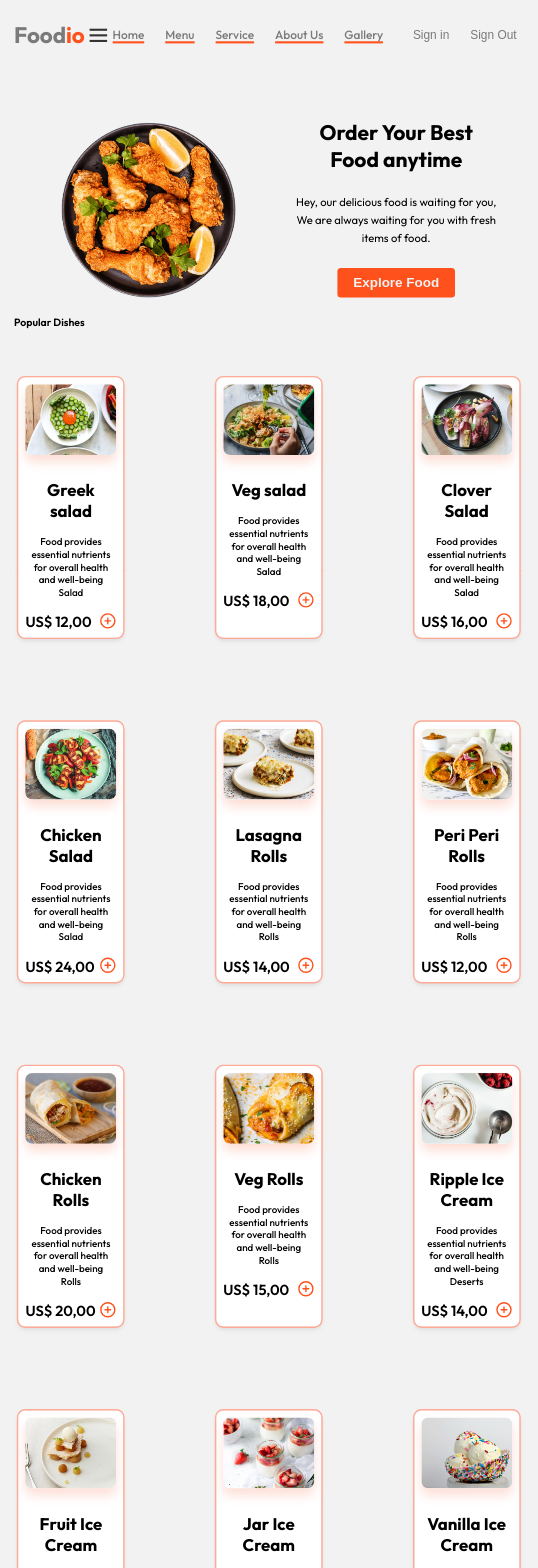
Repository: guilhermecardoso93/foodio
Page: /
These files come from the project's save history. The page is drawn as it stood at one moment and after a run of saves; the edit follows.
The browser window is 768 px wide. The pictures show the part of the page from y = 0 to 2240 px (the page is 5882 px tall before and 3396 px after), at 70% of full size.
The project was rebuilt for these pictures with package versions that can differ from the ones it lists, and the page was loaded fresh each time. Also part of the build but not shown: vite.config.js, src/index.css.

Above is the page before, as saved 2024-11-05 20:42:41.

After the next 2 saves:
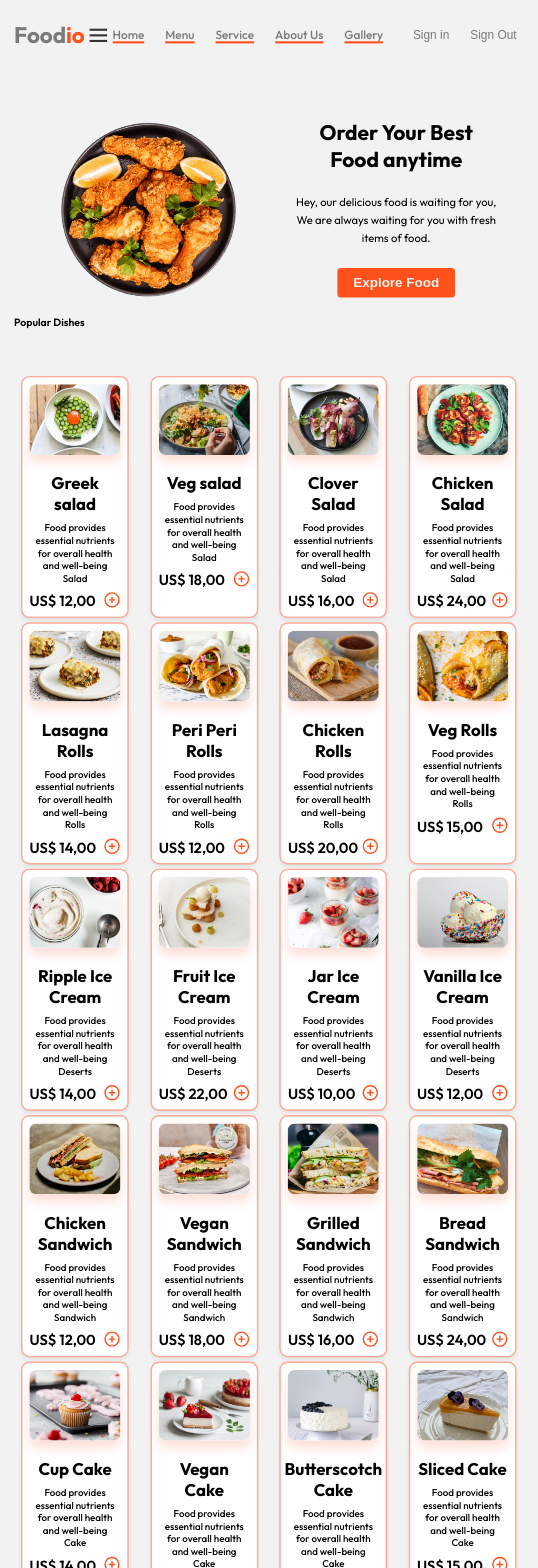
The 2 saves are shown as one change because they came seconds apart.
The last was saved 12 s later.
--- a/src/components/Menu/styles.css
+++ b/src/components/Menu/styles.css
@@ -135,7 +135,7 @@ input {
   }
 
   .category .list-items .card-list {
-    gap: 120px;
+    gap: 10px;
   }
 
   .category .list-items h3 {
@@ -146,6 +146,5 @@ input {
     width: 100%;
     max-width: 150px;
     margin: 0 auto;
-    gap: 10px;
   }
 }
